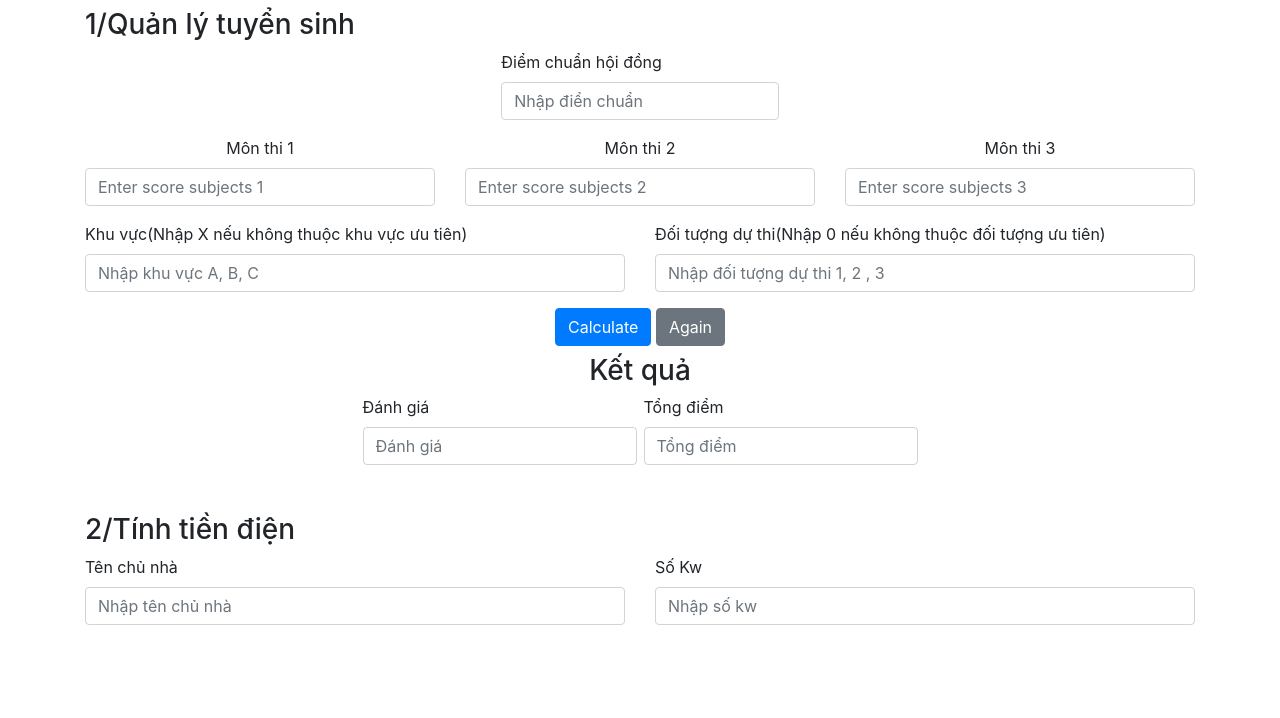
Repository: baobaodeveloper/bootcamp21__jsbasic4_HuynhAnhBao
Page: index.html
These files come from the project's save history. The page is drawn as it stood at one moment and after the next save; the edit follows.
The browser window is 1280 px wide. The pictures show the whole page.

Above is the page before, as saved 2022-03-13 19:17:19.

### index.html
<!DOCTYPE html>
<html lang="en">
  <head>
    <title>Exercise3</title>
    <!-- Required meta tags -->
    <meta charset="utf-8" />
    <meta
      name="viewport"
      content="width=device-width, initial-scale=1, shrink-to-fit=no"
    />

    <!-- Bootstrap CSS -->
    <link
      rel="stylesheet"
      href="https://stackpath.bootstrapcdn.com/bootstrap/4.3.1/css/bootstrap.min.css"
      integrity="sha384-ggOyR0iXCbMQv3Xipma34MD+dH/1fQ784/j6cY/iJTQUOhcWr7x9JvoRxT2MZw1T"
      crossorigin="anonymous"
    />
  </head>
  <body>
    <!-- 1/Quản lý tuyển sinh -->
    <div class="container mt-2">
      <h3>1/Quản lý tuyển sinh</h3>

      <div class="mb-3 w-25 m-auto">
        <label>Điểm chuẩn hội đồng</label>
        <input
          type="number"
          class="form-control"
          id="score"
          placeholder="Nhập điển chuẩn"
        />
      </div>

      <div class="row mt-3 text-center">
        <div class="col">
          <label>Môn thi 1</label>
          <input
            type="number"
            class="form-control"
            id="score1"
            placeholder="Enter score subjects 1"
          />
        </div>
        <div class="col">
          <label>Môn thi 2</label>
          <input
            type="number"
            class="form-control"
            id="score2"
            placeholder="Enter score subjects 2"
          />
        </div>
        <div class="col">
          <label>Môn thi 3</label>
          <input
            type="number"
            class="form-control"
            id="score3"
            placeholder="Enter score subjects 3"
          />
        </div>
      </div>

      <div class="row mt-3">
        <div class="col">
          <label>Khu vực(Nhập X nếu không thuộc khu vực ưu tiên)</label>
          <input
            type="text"
            class="form-control"
            placeholder="Nhập khu vực A, B, C"
            id="area"
          />
        </div>
        <div class="col">
          <label
            >Đối tượng dự thi(Nhập 0 nếu không thuộc đối tượng ưu tiên)</label
          >
          <input
            type="number"
            class="form-control"
            placeholder="Nhập đối tượng dự thi 1, 2 , 3"
            id="object"
          />
        </div>
      </div>

      <div class="text-center mt-3">
        <button type="button" class="btn btn-primary" id="scoreBtn">
          Calculate
        </button>
        <button type="button" class="btn btn-secondary" id="score-btn-again">
          Again
        </button>
      </div>

      <h3 class="text-center mt-2">Kết quả</h3>

      <div class="mb-3 w-50 d-flex m-auto justify-content-between">
        <div>
          <label>Đánh giá</label>
          <input
            type="email"
            class="form-control"
            placeholder="Đánh giá"
            id="evaluate"
          />
        </div>

        <div>
          <label>Tổng điểm</label>
          <input
            type="email"
            class="form-control"
            placeholder="Tổng điểm"
            id="total-score"
          />
        </div>
      </div>
    </div>

    <!-- 2/Tính tiền điện -->
    <div class="container mt-lg-5">
      <h3>2/Tính tiền điện</h3>
      <div class="row">
        <div class="col">
          <label class="form-label">Tên chủ nhà</label>
          <input
            type="text"
            class="form-control"
            placeholder="Nhập tên chủ nhà"
          />
        </div>
        <div class="col">
          <label class="form-label">Số Kw</label>
          <input type="number" class="form-control" placeholder="Nhập số kw" />
        </div>
      </div>
    </div>
    <!-- Optional JavaScript -->
    <!-- jQuery first, then Popper.js, then Bootstrap JS -->
    <script
      src="https://code.jquery.com/jquery-3.3.1.slim.min.js"
      integrity="sha384-q8i/X+965DzO0rT7abK41JStQIAqVgRVzpbzo5smXKp4YfRvH+8abtTE1Pi6jizo"
      crossorigin="anonymous"
    ></script>
    <script
      src="https://cdnjs.cloudflare.com/ajax/libs/popper.js/1.14.7/umd/popper.min.js"
      integrity="sha384-UO2eT0CpHqdSJQ6hJty5KVphtPhzWj9WO1clHTMGa3JDZwrnQq4sF86dIHNDz0W1"
      crossorigin="anonymous"
    ></script>
    <script
      src="https://stackpath.bootstrapcdn.com/bootstrap/4.3.1/js/bootstrap.min.js"
      integrity="sha384-JjSmVgyd0p3pXB1rRibZUAYoIIy6OrQ6VrjIEaFf/nJGzIxFDsf4x0xIM+B07jRM"
      crossorigin="anonymous"
    ></script>

    <script src="exercise1.js"></script>
  </body>
</html>

### exercise1.js
const score = document.getElementById("score");
const score1 = document.getElementById("score1");
const score2 = document.getElementById("score2");
const score3 = document.getElementById("score3");
const area = document.getElementById("area");
const objectStudent = document.getElementById("object");
const scoreBtn = document.getElementById("scoreBtn");
const scoreBtnAgain = document.getElementById("score-btn-again");
const evaluate = document.getElementById("evaluate");
const totalScore = document.getElementById("total-score");

scoreBtn.addEventListener("click", () => {
  if (!score.value || !score1.value || !score2.value || !score3.value) return;
  const scoreValue = +score.value;
  const score1Value = +score1.value;
  const score2Value = +score2.value;
  const score3Value = +score3.value;
  if (
    scoreValue <= 0 ||
    scoreValue > 30 ||
    score1Value < 0 ||
    score1Value > 10 ||
    score2Value < 0 ||
    score2Value > 10 ||
    score3Value < 0 ||
    score3Value > 10
  )
    return alert("Enter score invalid");
  if (score1Value === 0 || score2Value === 0 || score3Value === 0)
    return (evaluate.value = "Không Đạt");

  const scoreArea = areas();
  const scoreObjectStudent = objectStudents();

  const scoreTotalStudent =
    score1Value + score2Value + score3Value + scoreArea + scoreObjectStudent;

  if (scoreTotalStudent >= scoreValue) {
    evaluate.value = "Đạt";
  } else {
    evaluate.value = "Không Đạt";
  }
  totalScore.value = scoreTotalStudent;
});

const areas = () => {
  if (!area.value) return;
  const areaValue = area.value.toUpperCase();
  if (areaValue === "X") {
    return 0;
  } else if (areaValue === "A") {
    return 2;
  } else if (areaValue === "B") {
    return 1;
  } else if (areaValue === "C") {
    return 0.5;
  } else {
    return 0;
  }
};

const objectStudents = () => {
  if (!objectStudent) return;
  const objecStudenttValue = +object.value;

  if (objecStudenttValue === 0) {
    return 0;
  } else if (objecStudenttValue === 1) {
    return 2.5;
  } else if (objecStudenttValue === 2) {
    return 1.5;
  } else if (objecStudenttValue === 3) {
    return 1;
  } else {
    return 0;
  }
};

scoreBtnAgain.addEventListener("click", () => {
  score.value = "";
  score1.value = "";
  score2.value = "";
  score3.value = "";
  area.value = "";
  objectStudent.value = "";
  totalScore.value = "";
  evaluate.value = "";
});

After the next save:
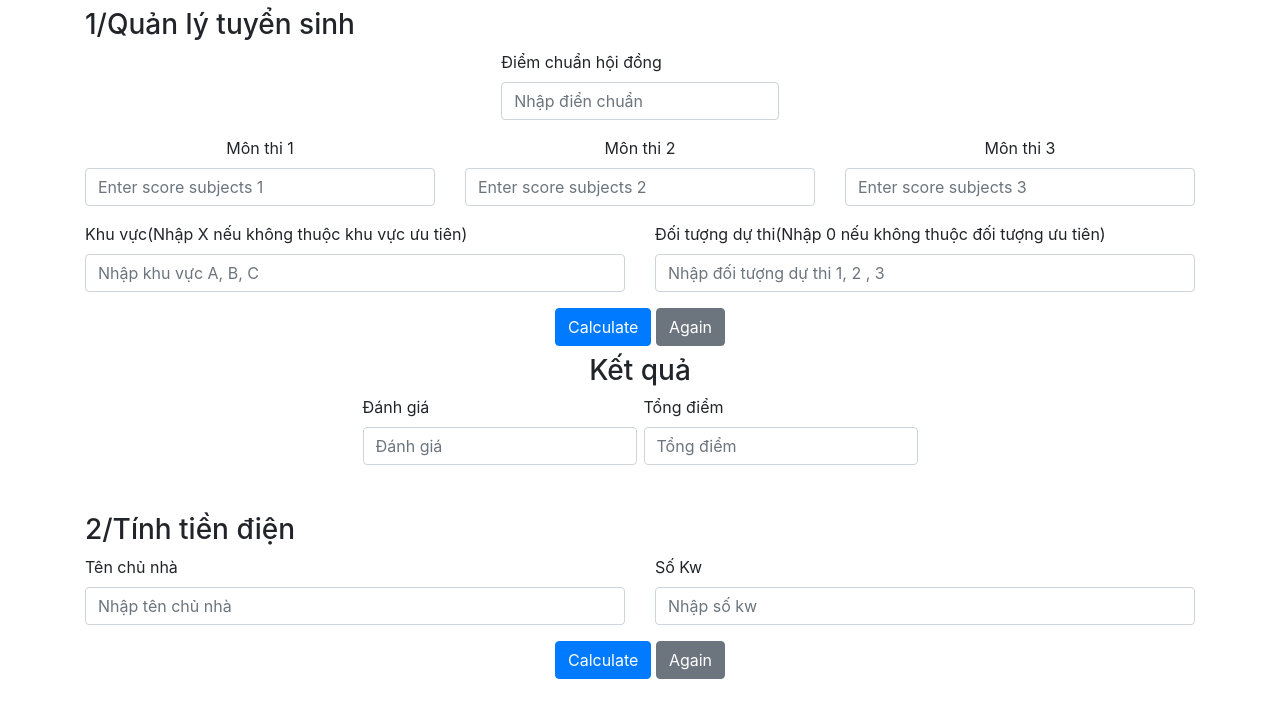
Saved 31 s later.
--- a/index.html
+++ b/index.html
@@ -136,6 +136,15 @@
           <input type="number" class="form-control" placeholder="Nhập số kw" />
         </div>
       </div>
+
+      <div class="text-center mt-3">
+        <button type="button" class="btn btn-primary" id="scoreBtn">
+          Calculate
+        </button>
+        <button type="button" class="btn btn-secondary" id="score-btn-again">
+          Again
+        </button>
+      </div>
     </div>
     <!-- Optional JavaScript -->
     <!-- jQuery first, then Popper.js, then Bootstrap JS -->
